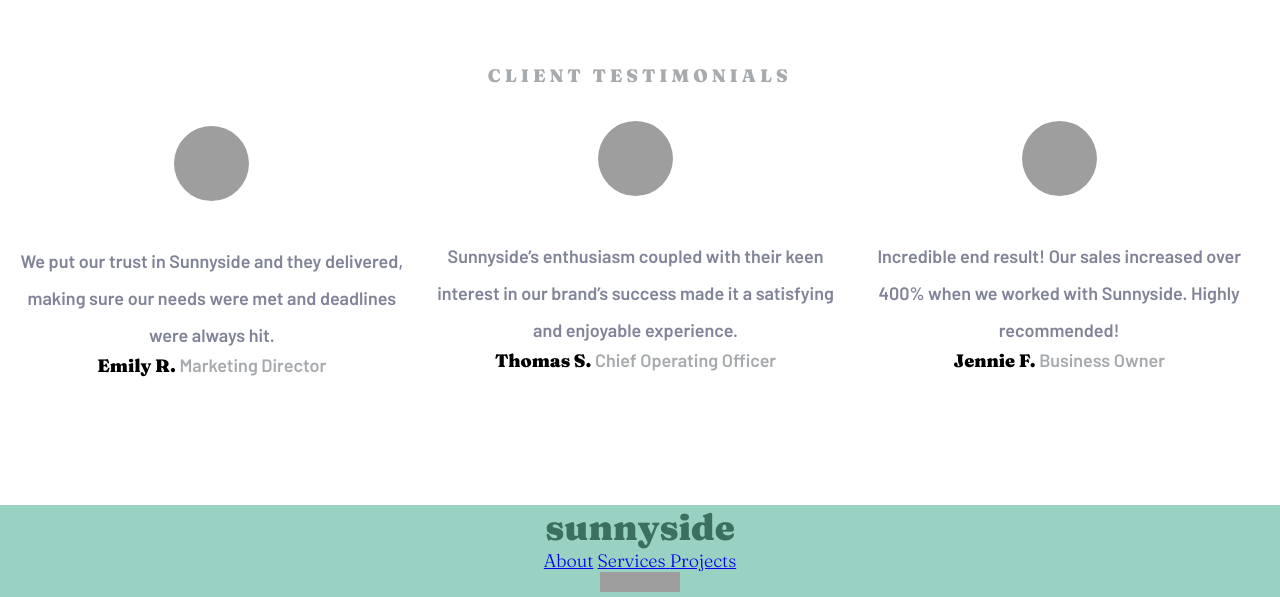
Repository: Roshanell/Sunny-Side-Agency
Page: index.html
These files come from the project's save history. The page is drawn as it stood at one moment and after the next save; the edit follows.
The browser window is 1280 px wide. The pictures show the part of the page from y = 2160 to 2800 px (the page is 2757 px tall before and 2800 px after).
Pictures or frames that could not be fetched are drawn as grey boxes. Some web libraries are served in a nearby version.

Above is the page before, as saved 2022-07-07 14:17:51.

### index.html
<!doctype html>
<html lang="en">

  <head>
    <meta charset="utf-8">
    <meta name="viewport" content="width=device-width, initial-scale=1">
    <title>Sunny Side Agency</title>
    <link href="https://fonts.googleapis.com/icon?family=Material+Icons" rel="stylesheet">
    <link rel="stylesheet" href="css/style.css">
    <link
      href="https://fonts.googleapis.com/css2?family=Barlow:wght@600&family=Fraunces:opsz,wght@9..144,300;9..144,700;9..144,900&display=swap"
      rel="stylesheet">
    <!-- <link rel="stylesheet" href="/css/normalize.css"> -->
    <script src="https://kit.fontawesome.com/48e7997292.js" crossorigin="anonymous"></script>
  </head>

  <body>
    <div class="container">
      <div class="homePage">
        <ul class="menu">
          <li><a class="menuItem" href="#">Home</a></li>
          <li><a class="menuItem" href="#">Profile</a></li>
          <li><a class="menuItem" href="#">About</a></li>
          <li><a class="menuItem" href="#">Contacts</a></li>
        </ul>
        <button class="hamburger">
          <i class="menuIcon material-icons">menu</i>
          <i class="closeIcon material-icons">close</i>
        </button>
        <div class="header">
          <h1>sunnyside</h1>
        </div>
        <div class="homeContent">
          <h2 class="homeSlogan">We are creatives</h2>
          <i class="fa-solid fa-arrow-down-long fa-4x"></i>

        </div>
      </div>

      <div class="eggArea">

      </div>

      <div class="aboutUsInfo" id="aboutUsInfo">
        <div class="infoContainer">
          <h3>
            Transform your brand
          </h3>
          <p>We are a full-service creative agenc grow fast. Engage your clients through
            compelling visuals that do most of the marketing for you. </p>
          <span><a href="#">Learn More</a></span>
        </div>
      </div>

      <div class="cupImage">
      </div>

      <div class="standOutInfo" id="standOutInfo">
        <div class="standOutContainer">
          <h3>Stand out to the right audience</h3>
          <p> Using a collaborative formula of designers, researchers,
            photographers,videographers, and copywriters, we’ll build and extend your brand in digital places. </p>

          <span class="learnMorePink"><a href="#">Learn More</a></span>
        </div>
      </div>
      <div class="graphicDesign">
        <div class="design-photography">
          <h3> Graphic Design</h3>
          <p class="pGraphics" id="pDesign">
            Great design makes you memorable. We deliver artwork that underscores your brand message and captures
            potential clients’ attention. </p>
        </div>
      </div>
      <div class="orangeImage">
        <div class="design-photography">
          <h3>Photography</h3>
          <p class="pGraphics"> Increase your credibility by getting the most stunning, high-quality photos that improve
            your business
            image. </p>
        </div>
      </div>
      <div class="testimonialOne">
        <h4>Client Testimonials</h4>
        <div class="user one"></div>
        <p class="review">We put our trust in Sunnyside and they delivered, making sure our needs were met and
          deadlines
          were always
          hit.</p>
        <span class="name">Emily R.</span>
        <span class="occupation">Marketing Director</span>
      </div>
      <div class="testimonialTwo">
        <div class="user two"></div>
        <p class="review">Sunnyside’s enthusiasm coupled with their keen interest in our brand’s success made it a
          satisfying and
          enjoyable experience.</p>
        <span class="name">Thomas S.</span>
        <span span class="occupation">Chief Operating Officer</span>
      </div>
      <div class="testimonialThree">
        <div class="user three"></div>
        <p class="review">Incredible end result! Our sales increased over 400% when we worked with Sunnyside. Highly
          recommended!</p>
        <span class="name">Jennie F.</span>
        <span span class="occupation">Business Owner</span>
      </div>
      <div class="fourImgs" id="fourImgs">
        <div class="imgOne">
        </div>
        <div class="imgTwo">
        </div>
        <div class="imgThree">
        </div>
        <div class="imgFour">
        </div>
      </div>

      <div class="footer">
        <h1>sunnyside</h1>
        <div class="moreInformation">
          <a href="index.html#aboutUsInfo"><span> About</span></a>
          <a href="index.html#standOutInfo"><span>Services</span> </a>
          <a href="index.html#fourImgs"><span>Projects</span></a>
        </div>
        <div class="socialMediaHandles">
          <div>
            <img src="https://i.imgur.com/uHHCF8A.png" alt="Facebook Icon" height="20px" width="20px">
          </div>
          <div>
            <img src="https://i.imgur.com/Fvw0N1c.png" alt="Instagram Icon" height="20px" width="20px">
          </div>
          <div>
            <img src="https://i.imgur.com/k39Bgoc.png" alt="Twitter Icon" height="20px" width="20px">
          </div>
          <div>
            <img src="https://i.imgur.com/JN1Rhal.png" alt="Pinterest Icon" height="20px" width="20px">
          </div>
        </div>
      </div>
    </div>

    <script src="main.js"></script>

  </body>

</html>

### css/style.css
/* Box Model Hack */
* {
  -moz-box-sizing: border-box;
}

/* Clear fix hack */
.clearfix:after {
  content: ".";
  display: block;
  clear: both;
  visibility: hidden;
  line-height: 0;
  height: 0;
}

.clear {
  clear: both;
}

/******************************************
/* BASE STYLES
/*******************************************/

body {
  font-size: 18px;
  font-family: "Barlow", sans-serif;
  text-align: center;
  margin: 0;
}
p {
  color: hsl(232, 10%, 55%);
  display: flex;
  justify-content: center;
  align-items: center;
  margin: 0 2%;
  line-height: 37px;
}

h1,
h2,
h3,
h4,
h5,
h6 {
  font-family: "Fraunces", serif;
  font-weight: 700;
}

h3 {
  margin-top: 10%;
  margin-bottom: 10%;
  font-size: 40px;
}

span a {
  color: black;
  text-decoration: underline yellow;
  text-decoration-thickness: 5px;
}

.learnMorePink a {
  text-decoration: underline hsl(7, 99%, 70%);
  text-decoration-thickness: 5px;
}
.learnMorePink {
  margin-top: 5%;
}
/* hamburger */

* {
  margin: 0;
  padding: 0;
  box-sizing: border-box;
}

.menuItem {
  display: block;
  margin: 2rem 4rem;
  font-size: 1.8rem;
  color: black;
  text-decoration: none;
  font-family: "Barlow", sans-serif;
  animation: fadeInUp 0.5s ease-in-out forwards;
}

.menuItem:hover {
  text-decoration: underline;
}

.hamburger {
  position: fixed;
  z-index: 100;
  top: 1rem;
  right: 1rem;
  padding: 4px;
  border: none;
  background: transparent;
  cursor: pointer;
  color: white;
}

.closeIcon {
  display: none;
}

.menu {
  position: fixed;
  transform: translateY(-100%);
  transition: transform 0.2s;
  top: 0;
  left: 0;
  right: 0;
  bottom: 40%;
  z-index: 99;
  width: 89%;
  margin-left: 5%;
  margin-top: 0%;
  background: white;
  color: black;
  list-style: none;
  padding-top: 4rem;
}

.showMenu {
  transform: translateY(0);
}

/* homepage */

.homePage {
  background-image: url("https://i.imgur.com/5owK20G.jpg");
  background-size: cover;
  height: 100vh;
  background-repeat: no-repeat;
}

.homeSlogan {
  color: white;
  font-size: 40px;
  text-transform: uppercase;
  letter-spacing: 5px;
}

.fa-solid {
  color: white;
}

.fa-arrow-down-long {
  margin-top: 10%;
}
/* About Us */
.aboutUsInfo {
  background-color: white;
}
.aboutUsInfo h3 {
  font-size: 40px;
}
/* testimonials */
/* user profile images */
.user {
  display: inline-block;
  width: 75px;
  height: 75px;
  border-radius: 50%;
  margin: 9%;
  background-repeat: no-repeat;
  background-position: center center;
  background-size: cover;
}

.one {
  background-image: url("https://i.imgur.com/0PxR98W.jpg");
}

.two {
  background-image: url("https://i.imgur.com/01xgLPA.jpg");
}

.three {
  background-image: url("https://i.imgur.com/YJGOYO1.jpg");
}

.testimonialOne h4 {
  text-transform: uppercase;
  color: hsl(210, 4%, 67%);
  letter-spacing: 4px;
  /* font-size: 100%; */
  margin-top: 10%;
  font-weight: 900;
}

.occupation {
  color: hsl(210, 4%, 67%);
  margin-bottom: 5%;
  margin-top: 5%;
}

.name {
  font-family: "Fraunces", serif;
  margin-top: 5%;
  font-weight: 900;
}

/* background Images */
.pGraphics {
  margin-bottom: 20%;
}

/* main information */
.cupImage {
  /* border: solid 1px pink; */
  /* height: 40vh; */
  grid-area: cupImage;
  background-image: url("https://i.imgur.com/TEIjlB8.jpg");
  background-size: cover;
  background-position: center;
}

.eggArea {
  /* border: solid 1px purple; */
  grid-area: eggArea;
  background-image: url("https://i.imgur.com/Ic0Kukn.jpg");
  /* height: 40vh; */
  background-size: cover;
  background-position: center;
}

/******************************************
/* LAYOUT
/*******************************************/

/******************************************
/* ADDITIONAL STYLES
/*******************************************/

@media all and (min-width: 1024px) and (max-width: 1480px) {
  .homePage,
  .homeContent {
    /* border: 1px solid black; */
  }

  .header h1 {
    color: white;
  }
  h3 {
    margin-bottom: 3%;
    font-size: 40px;
  }

  /* .menuItem{
    display: inline;
  } */
  .eggArea {
    /* border: 1px solid red; */
    background-image: url("https://i.imgur.com/ylwqnFI.jpg");
    height: 60vh;
    width: 50%;
    float: right;
  }
  .aboutUsInfo {
    /* border: 1px solid red; */
    height: 60vh;
    width: 49vw;
    float: left;
  }

  .infoContainer {
    margin: auto;
    width: 60%;

    text-align: justify;
  }

  .infoContainer h3 {
    text-align: left;
    width: 82%;
  }

  .cupImage {
    float: left;
    height: 60vh;
    width: 50%;
    background-image: url("https://i.imgur.com/9A6seJs.jpg");
    /* border: 1px solid red; */
  }
  .standOutInfo {
    float: right;
    height: 60vh;
    width: 47vw;
    /* border: 1px solid red; */
  }

  .standOutContainer {
    width: 70%;
    margin: auto;
    text-align: left;
  }
  .graphicDesign {
    background-image: url("https://i.imgur.com/ypGUgU9.jpg");
    float: left;
    height: 80vh;
    width: 50%;
    /* border: 1px solid green; */
    background-size: cover;
    color: hsl(167, 40%, 24%);
  }

  .orangeImage {
    float: right;
    background-image: url("https://i.imgur.com/RiEjNfa.jpg");
    height: 80vh;
    width: 50%;
    /* border: 1px solid blue; */
    background-size: cover;
  }
  .design-photography {
    margin: 20%;
    margin-top: 45%;
  }
  .reviewGroup {
    display: flex;
  }
  .testimonialOne {
    float: left;
    height: fit-content;
    width: 33.1%;
    margin-top: 10%;
    margin-bottom: 10%;
    /* border: 1px solid pink; */
  }

  .testimonialOne h4 {
    margin-top: -15%;
    margin-left: 101%;
    text-align: center;
    width: 100%;
  }

  .testimonialTwo {
    float: left;
    height: fit-content;
    width: 33.1%;
    /* margin: auto; */
    margin-top: 6.5%;
    /* border: 1px solid pink; */
  }

  .testimonialThree {
    float: left;
    height: fit-content;
    width: 33.1%;
    margin-top: 6.5%;
    /* border: 1px solid pink; */
  }

  .footer {
    float: left;
    width: 100%;
    font-family: "Fraunces", serif;
    background: #99d2c2;
    color: hsl(168, 34%, 41%);
    /* border: 1px solid pink; */
  }
  .footer h1 {
    color: #3b6f5f;
    font-weight: 900;
    font-family: "Fraunces", serif;
  }
  .moreInformation span a {
    display: flex;
    text-decoration: none;
  }

  .socialMediaHandles {
    display: flex;
    justify-content: center;
  }
  .pGraphics {
    color: hsl(167, 40%, 24%);
    font-weight: 700;
    font-size: 18px;
  }
  .orangeImage p,
  .orangeImage h3 {
    color: hsl(198, 62%, 26%);
  }
}

/* mobile view */

@media all and (min-width: 375px) and (max-width: 1023px) {
  .container {
    /* border: solid 1px blue; */
    display: grid;
    grid-template-columns: 1fr;
    grid-template-rows: 1.5fr 1fr 1fr 1fr 1fr 1.5fr 1.4fr 1fr 1fr 1fr 1fr;
    gap: 0px 0px;
    grid-auto-flow: column dense;
    grid-template-areas:
      "homePage"
      "eggArea"
      "aboutUsInfo"
      "cupImage"
      "standOutInfo"
      "graphicDesign"
      "orangeImage"
      "testimonialOne"
      "testimonialTwo"
      "testimonialThree"
      "fourImgs"
      "footer";
  }

  .homePage {
    background-image: url("https://i.imgur.com/HUEIjty.jpg");
    background-size: cover;
    /* height: 100vh; */
    background-repeat: no-repeat;
  }

  .homeSlogan {
    color: white;
    font-size: 40px;
    text-transform: uppercase;
    letter-spacing: 5px;
  }

  .fa-solid {
    color: white;
  }

  .fa-arrow-down-long {
    margin-top: 10%;
  }
  /* About Us */
  .aboutUsInfo {
    background-color: white;
  }
  .aboutUsInfo h3 {
    font-size: 40px;
  }
  /* testimonials */
  /* user profile images */
  .user {
    display: inline-block;
    width: 75px;
    height: 75px;
    border-radius: 50%;
    margin: 9%;
    background-repeat: no-repeat;
    background-position: center center;
    background-size: cover;
  }

  .one {
    background-image: url("https://i.imgur.com/0PxR98W.jpg");
  }

  .two {
    background-image: url("https://i.imgur.com/01xgLPA.jpg");
  }

  .three {
    background-image: url("https://i.imgur.com/YJGOYO1.jpg");
  }

  .testimonialOne h4 {
    text-transform: uppercase;
    color: hsl(210, 4%, 67%);
    letter-spacing: 4px;
    /* font-size: 100%; */
    margin-top: 10%;
    font-weight: 900;
  }

  .occupation {
    color: hsl(210, 4%, 67%);
    margin-bottom: 5%;
    margin-top: 5%;
  }

  .name {
    font-family: "Fraunces", serif;
    margin-top: 5%;
    font-weight: 900;
  }

  /* background Images */
  .pGraphics {
    margin-bottom: 20%;
  }

  /******************************************
  /* LAYOUT
  /*******************************************/
  .container {
    /* border: solid 1px blue; */
    display: grid;
    grid-template-columns: 1fr;
    grid-template-rows: 1.5fr 1fr 1fr 1fr 1fr 1.5fr 1.4fr 1fr 1fr 1fr 1fr;
    gap: 0px 0px;
    grid-auto-flow: column dense;
    grid-template-areas:
      "homePage"
      "eggArea"
      "aboutUsInfo"
      "cupImage"
      "standOutInfo"
      "graphicDesign"
      "orangeImage"
      "testimonialOne"
      "testimonialTwo"
      "testimonialThree"
      "fourImgs"
      "footer";
  }

  .homePage {
    /* border: solid 1px red; */
  }

  .header {
    display: flex;
    /* border: solid 1px orange; */
    grid-area: header;
    color: white;
    margin-left: 5%;
    margin-top: 2%;
  }

  .homeContent {
    /* border: solid 1px yellow; */
    grid-area: homeContent;
    margin-top: 15%;
  }

  .eggArea {
    /* border: solid 1px purple; */
    grid-area: eggArea;
    background-image: url("https://i.imgur.com/Ic0Kukn.jpg");
    /* height: 40vh; */
    background-size: cover;
    background-position: center;
  }

  .aboutUsInfo {
    /* border: solid 1px green; */
    /* height: 40vh; */
    grid-area: aboutUsInfo;
  }

  .cupImage {
    /* border: solid 1px pink; */
    /* height: 40vh; */
    grid-area: cupImage;
    background-image: url("https://i.imgur.com/TEIjlB8.jpg");
    background-size: cover;
    background-position: center;
  }

  .standOutInfo {
    /* border: solid 1px black; */
    grid-area: standOutInfo;
    display: flex;
    flex-direction: column;
    font-weight: 900;
    /* height: 40vh; */
  }

  .graphicDesign {
    /* border: solid 1px brown; */
    grid-area: graphicDesign;
    background-image: url("https://i.imgur.com/ceaL6cl.jpg");
    background-size: cover;
    display: flex;
    flex-direction: column;
    flex-wrap: nowrap;
    align-content: center;
    justify-content: flex-end;
    align-items: center;
    /* height: 40vh; */
  }

  .graphicDesign h3 {
    color: hsl(167, 40%, 24%);
    font-weight: 900;
  }
  #pDesign {
    color: hsl(167, 40%, 24%);
    font-weight: 700;
    font-size: 18px;
  }
  .orangeImage {
    /* border: solid 1px gray; */
    grid-area: orangeImage;
    background-image: url("https://i.imgur.com/5lTcoMD.jpg");
    background-size: cover;
    display: flex;
    flex-direction: column;
    flex-wrap: nowrap;
    align-content: center;
    justify-content: flex-end;
    align-items: center;
  }
  /* height: 40vh; */

  .orangeImage h3 {
    color: hsl(198, 62%, 26%);
  }
  .orangeImage p {
    color: hsl(198, 62%, 26%);
  }

  /* testimonials */

  .testimonialOne {
    /* border: solid 1px fuchsia; */
    grid-area: testimonialOne;
    /* height: 33vh; */
    display: flex;
    flex-direction: column;
    justify-content: center;
    align-items: center;
  }

  .testimonialThree {
    /* border: solid 1px lightblue; */
    grid-area: testimonialThree;
    display: flex;
    flex-direction: column;
    justify-content: center;
    align-items: center;
    /* height: 33vh; */
  }

  .testimonialTwo {
    /* border: solid 1px silver; */
    display: flex;
    flex-direction: column;
    justify-content: center;
    align-items: center;
    grid-area: testimonialTwo;

    /* height: 33vh; */
  }

  .fourImgs {
    /* border: solid 1px maroon; */
    display: grid;
    grid-template-columns: 1fr 1fr;
    grid-template-rows: 1fr 1fr;
    gap: 0px 0px;
    grid-template-areas:
      "imgOne imgThree"
      "imgTwo imgFour";
    grid-area: fourImgs;
    /* height: 40vh; */
  }

  .imgOne {
    /* border: solid 1px yellowgreen; */
    background-image: url("https://i.imgur.com/g7g3pHI.jpg");
    background-size: cover;
  }
  .imgTwo {
    /* border: solid 1px rgb(228, 122, 199); */
    background-image: url("https://i.imgur.com/xXvVali.jpg");
    background-size: cover;
  }
  .imgThree {
    /* border: solid 1px rgb(158, 207, 232); */
    background-image: url("https://i.imgur.com/w22eeJU.jpg");
    background-size: cover;
  }
  .imgFour {
    /* border: solid 1px rgb(205, 122, 50); */
    background-image: url("https://i.imgur.com/hMYShPr.jpg");
    background-size: cover;
  }

  .review {
    font-size: 20px;
  }
  /* Fix the footer */
  .footer {
    background: #99d2c2;
    color: hsl(168, 34%, 41%);
  }
  .footer h1 {
    color: #3b6f5f;
    font-weight: 900;
    font-family: "Fraunces", serif;
  }

  .moreInformation {
    display: flex;
    flex-direction: row;
    justify-content: space-evenly;
    margin: 10%;
  }

  .socialMediaHandles {
    width: 65%;
    display: flex;
    justify-content: space-around;
    margin: 20%;
  }

  .footer h1 {
    margin-top: 10%;
  }

  .moreInformation a {
    color: #3b6f5f;
    text-decoration: none;
  }
}

### main.js
const menu = document.querySelector(".menu");
const menuItems = document.querySelectorAll(".menuItem");
const hamburger = document.querySelector(".hamburger");
const closeIcon = document.querySelector(".closeIcon");
const menuIcon = document.querySelector(".menuIcon");

function toggleMenu() {
  if (menu.classList.contains("showMenu")) {
    menu.classList.remove("showMenu");
    closeIcon.style.display = "none";
    menuIcon.style.display = "block";
  } else {
    menu.classList.add("showMenu");
    closeIcon.style.display = "block";
    menuIcon.style.display = "none";
  }
}

hamburger.addEventListener("click", toggleMenu);

menuItems.forEach(function (menuItem) {
  menuItem.addEventListener("click", toggleMenu);
});

After the next save:
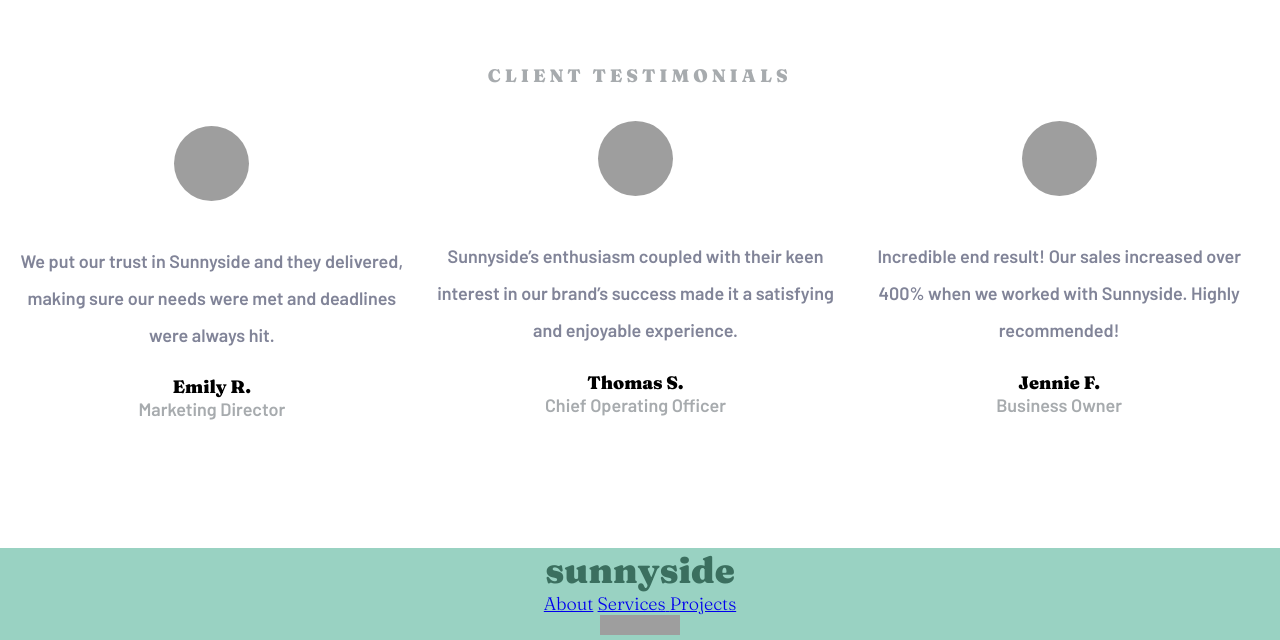
Saved 3 min 22 s later.
--- a/css/style.css
+++ b/css/style.css
@@ -352,7 +352,9 @@ span a {
     margin-top: 6.5%;
     /* border: 1px solid pink; */
   }
-
+.name{
+  display: block;
+}
   .footer {
     float: left;
     width: 100%;
